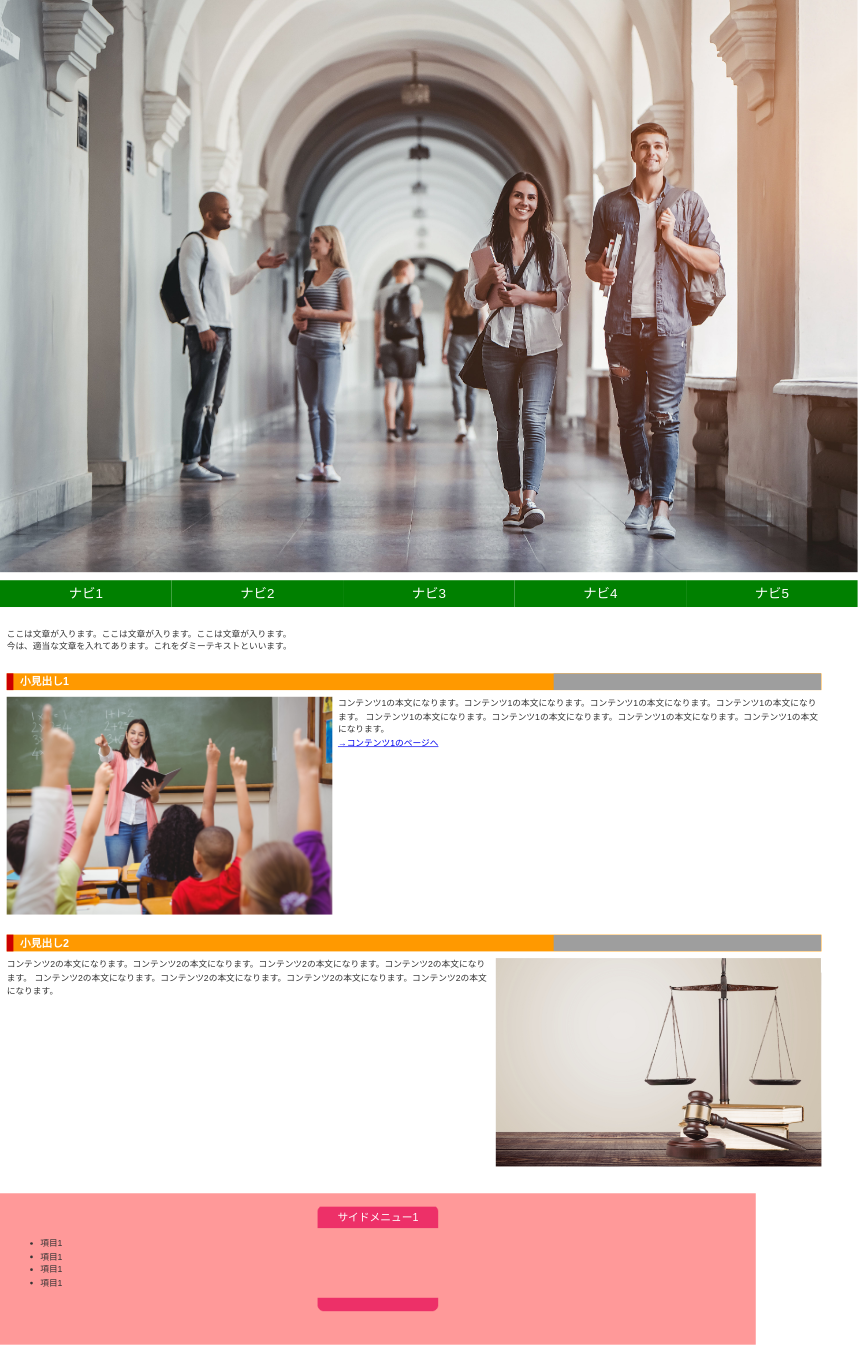
Repository: saekato/HTML
Page: home.html
The author's editor kept a record of every edit. The page is drawn from the files as they stood at one moment, then again after the next edit.
The browser window is 1280 px wide. The pictures show the whole page, at 67% of full size.
Pictures or frames that could not be fetched are drawn as grey boxes.

Above is the page before.

### home.html
<!DOCTYPE html>
<html lang="ja">
    <head>
        <meta charset="UTF-8">
        <title>HTML/CSSの学習</title>
        <link rel="stylesheet" href="stylesheet.css">
    </head>
    <body>
        <div id="header">
            <h1><a href="index.html"><img id="corridor" src="images/corridor.jpg" alt="大学の廊下" /></a></h1>
        </div>
        <div id="wrapper">
            <div id="nav">
                <ul>
                    <li><a href="home.html">ナビ1</a></li>
                    <li><a href="#">ナビ2</a></li>
                    <li><a href="#">ナビ3</a></li>
                    <li><a href="#">ナビ4</a></li>
                    <li><a href="#">ナビ5</a></li>
                </ul>
            </div>
            <div id="container">
                <div id="main">
                    <div class="post">
                        <p>ここは文章が入ります。ここは文章が入ります。ここは文章が入ります。<br />今は、適当な文章を入れてあります。これをダミーテキストといいます。</p>
                    </div>
                    <div class="post clearfix">
                        <h2>小見出し1</h2>
                        <img class="left" src="images/classroom.jpg" alt="授業風景" />
                        <p>
                            コンテンツ1の本文になります。コンテンツ1の本文になります。コンテンツ1の本文になります。コンテンツ1の本文になります。
                            コンテンツ1の本文になります。コンテンツ1の本文になります。コンテンツ1の本文になります。コンテンツ1の本文になります。
                        </p>
                        <p><a href="#">→コンテンツ1のページへ</a></p>
                    </div>
                    <div class="post clearfix">
                        <h2>小見出し2</h2>
                        <img class="right" src="images/scale.jpg" alt="天秤" />
                        <p>
                            コンテンツ2の本文になります。コンテンツ2の本文になります。コンテンツ2の本文になります。コンテンツ2の本文になります。
                            コンテンツ2の本文になります。コンテンツ2の本文になります。コンテンツ2の本文になります。コンテンツ2の本文になります。
                        </p>
                    </div>
                </div>
            </div>
                <div id="side">
                    <div class="box">
                        <h2>サイドメニュー1</h2>
                        <div class="boxbody">
                            <ul>
                                <li>項目1</li>
                                <li>項目1</li>
                                <li>項目1</li>
                                <li>項目1</li>
                            </ul>
                        </div>
                    </div>
                </div>

### stylesheet.css
@charset "utf-8";

body {
    margin: 0;
    padding: 0;
    font-family: "ヒラギノ角ゴ Pro W3", "Hiragino Kaku Gothic Pro", "メイリオ", Meiryo, Osaka, "ＭＳ Ｐゴシック", "MS PGothic", sans-serif;
    color: #333;
    font-size: 13px;
    line-height: 150%;
}

/*------------------------ wrapper ----------------------*/
#wrapper {
    width: 100%;
    margin: auto;
    padding: 0px;
    border: 0px;
    background-color: #FFF;
    top: 10px;
    position: relative;
}

/*----------------------- header ------------------------*/
#header {
    width: 100%;

}
#header h1 {
    margin: 0;
    padding: 0;
}

#corridor {
    width: 100%;
    height: auto;
}

/*----------------------- footer ------------------------*/
#footer {
    clear: both;
    width: 100%;
    padding: 3px 0 3px 0;
    background: #39F;
    color: #FFF;
    font-weight: bold;
    text-align: center;
}

/*----------------------- nav ---------------------------*/
#nav {
    width: 100%;
}
#nav ul {
    display: flex;
    margin: 0;
    padding:  0;
    list-style-type: none;
}
#nav ul li {
    width: 20%;
    text-align: center;
}
#nav ul li a {
    display: block;
    height: 20px;
    margin: 0;
    padding: 10px;
    color: #FFF;
    font-size: 20px;
    text-decoration: none;
    background-color: green;

}

#nav ul li a:hover {
    filter: drop-shadow(10px 10px 10px black);
}
/*------------------------ container ----------------------*/
#container {
    width: 100%;
    margin: auto;
    padding: auto;
    padding-top: 20px;
    clear: both;
    display: grid;
    grid-templete-columns: 70vw 30vw;
}
/*--------------------------- main -----------------------*/
#main {
    width: 95%;
    padding: 10px 30px 10px 10px;

}
#main h2 {
    margin: 0 0 10px 0;
    padding: 3px 10px 3px 10px;
    color: #FFF;
    font-size: 16px;
    border-left: solid 10px #C00;
    background: #F90 url(../images/main_h2.jpg) right top repeat-y;
}
#main p {
    margin: 0;
    padding: 0;
}
#main .post {
    margin: 0 0 30px 0;
}
#main .post img.right {
    margin: 0 0 0 8px;
}
#main .post img.left {
    margin:0 8px 0 0;
}

.right {
    float: right;
    width: 40%;
    height: auto;
}
.left {
    float: left;
    width: 40%;
    height:  auto;
}

/*----------------------------- clearfix -----------------------*/
.clearfix {
    zoom: 1;
}
.clearfix:after {
    content:"";
    display:  block;
    clear: both;
}

/*----------------------------- side ---------------------------*/
#side {
    width: 85%;
    padding: 20px;
    background-color: #F99;
}

#side .box {
    margin: 0 auto 30px auto;
    padding: 0 0 20px 0;
    background: url(images/side_box.png) bottom no-repeat;
}
#side .box h2 {
    margin: 0;
    padding: 8px;
    text-align: center;
    color: #fff;
    font-size: 16px;
    line-height: 16px;
    font-weight: normal;
    background: url(images/side_box_h2.png) center no-repeat;
}
#side .box .boxBody {
    padding:  8px;
    border-right: solid 1px #C36;
    border-bottom: solid 1px #C36;
    border-left: solid 1px #C36;
    background: #fff;
}
#side .box .boxBody ul {
    margin: 0 0 16px 0;
    padding: 0;
}
#side .box .boxBody ul li {
    padding: 8px 0 8px 4px;
    list-style: none;
    border-bottom: solid 1px #C36;
}

#side .box .boxBody ul li:hover {
    padding: 8px 0 8px 4px;
    list-style: none;
    border-bottom: solid 1px #C36;
    box-shadow: 0px 4px 4px rgba(0, 0, 0, 0.3);
}

After the next edit:
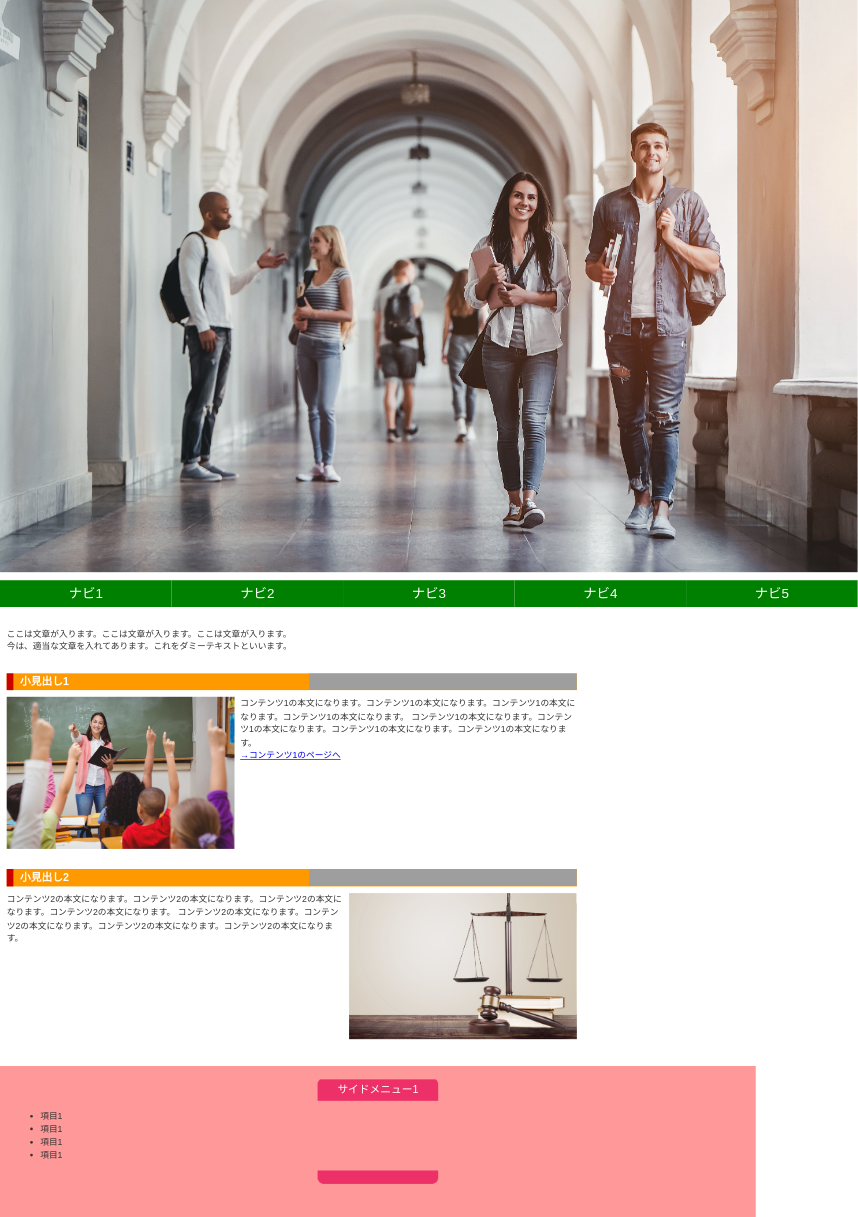
The edit:
--- a/stylesheet.css
+++ b/stylesheet.css
@@ -83,7 +83,7 @@
     padding-top: 20px;
     clear: both;
     display: grid;
-    grid-templete-columns: 70vw 30vw;
+    grid-template-columns: 70vw 30vw;
 }
 /*--------------------------- main -----------------------*/
 #main {
